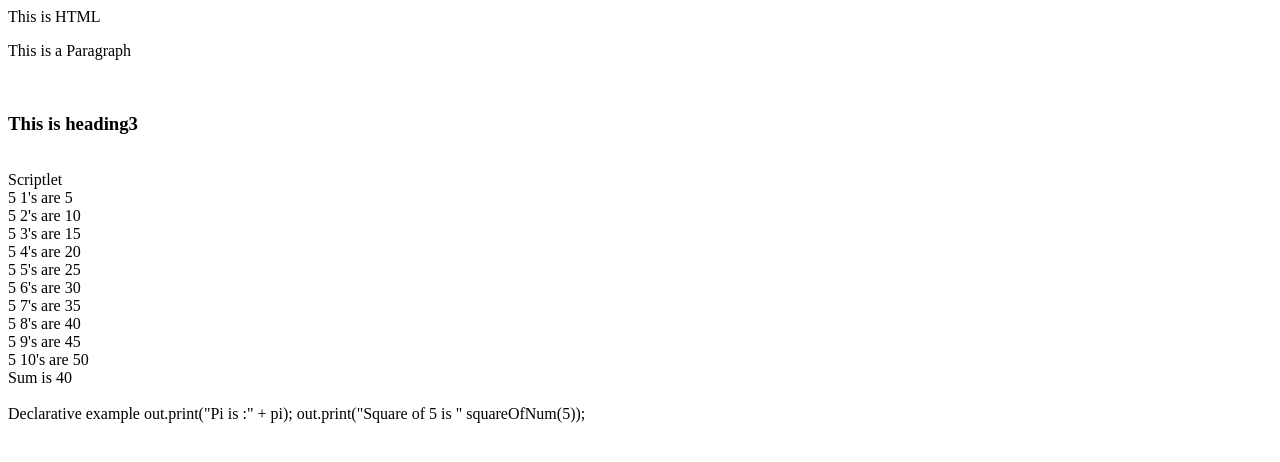
Repository: Lokeswari19/JavaExamples
Page: http://localhost/Session12/myjsp1.jsp
An editor plug-in stored every save of this project. The page is shown before and after the next save, followed by the edit.
The browser window is 1280 px wide. The pictures show the whole page.
The page is served by Tomcat 9.

Above is the page before, as saved 2018-02-21 20:29:58.

After the next save:
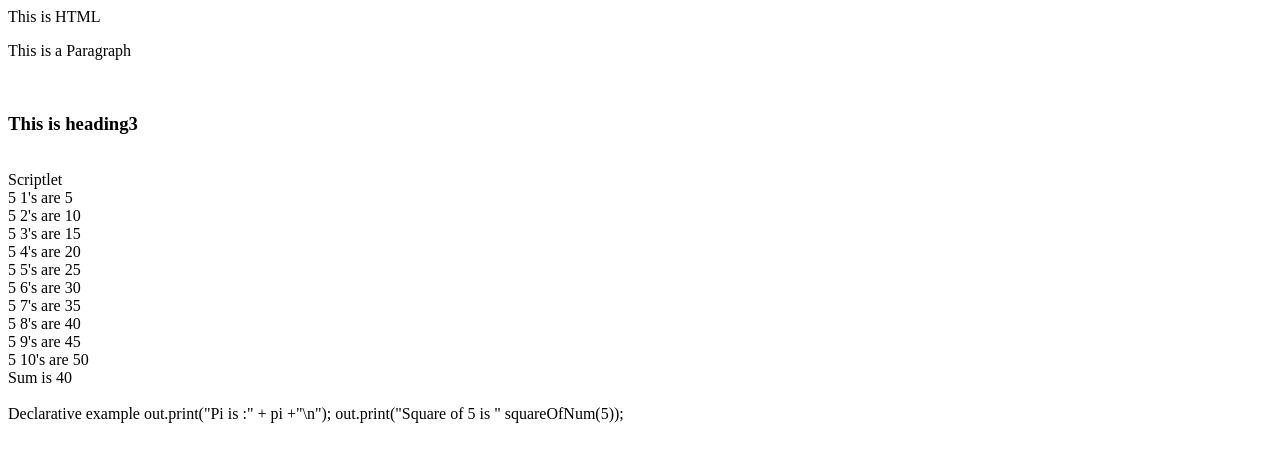
Saved 18 s later.
--- a/Session12/WebContent/myjsp1.jsp
+++ b/Session12/WebContent/myjsp1.jsp
@@ -45,7 +45,7 @@ This is HTML
 
 		Declarative example
 
-		out.print("Pi is :" + pi);
+		out.print("Pi is :" + pi +"\n");
 		out.print("Square of 5 is " squareOfNum(5));
 
 </body>
